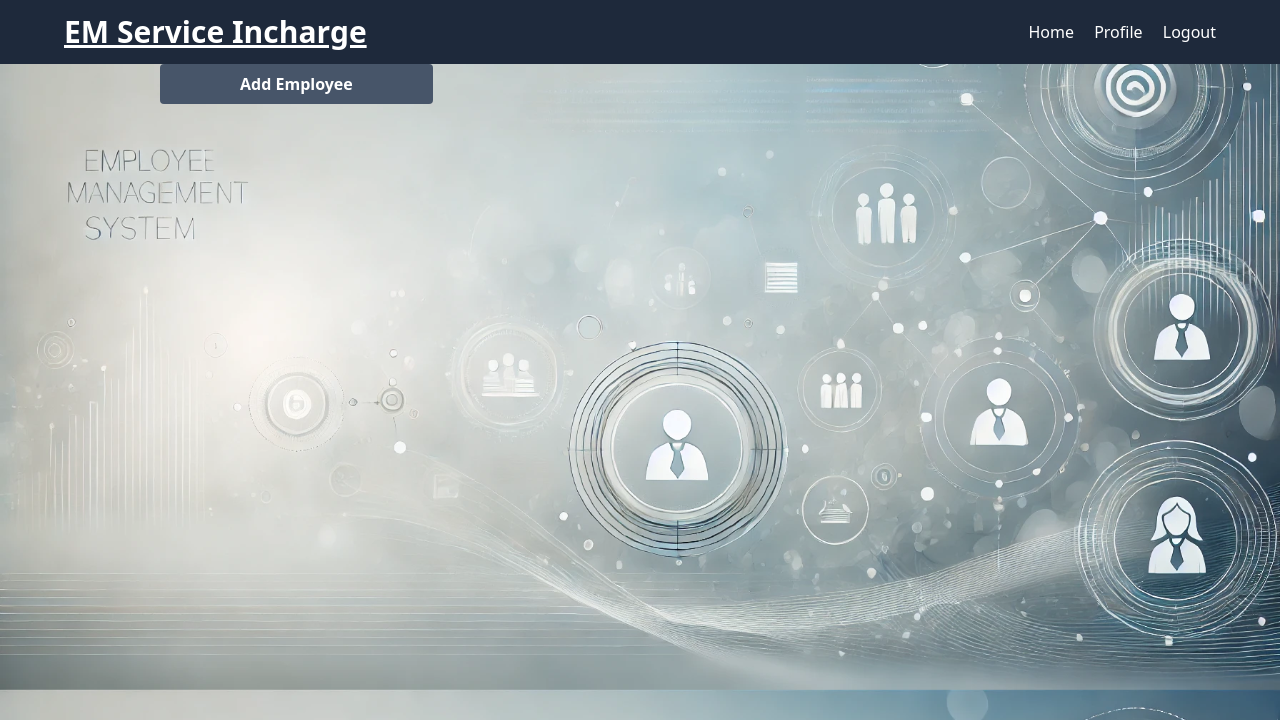
Repository: Vaibhav979/EmployeeManagement-Spring
Page: / (app in em-project-view/)
The author's editor kept a copy of each file at every save. The page is drawn from the files as they stood at one save, then again after the next save.
The browser window is 1280 px wide. The pictures show the whole page.
The project was rebuilt for these pictures with package versions that can differ from the ones it lists, and the page was loaded fresh each time. Also part of the build but not shown: em-project-view/vite.config.js.

Above is the page before, as saved 2025-01-02 22:42:20.

After the next save:
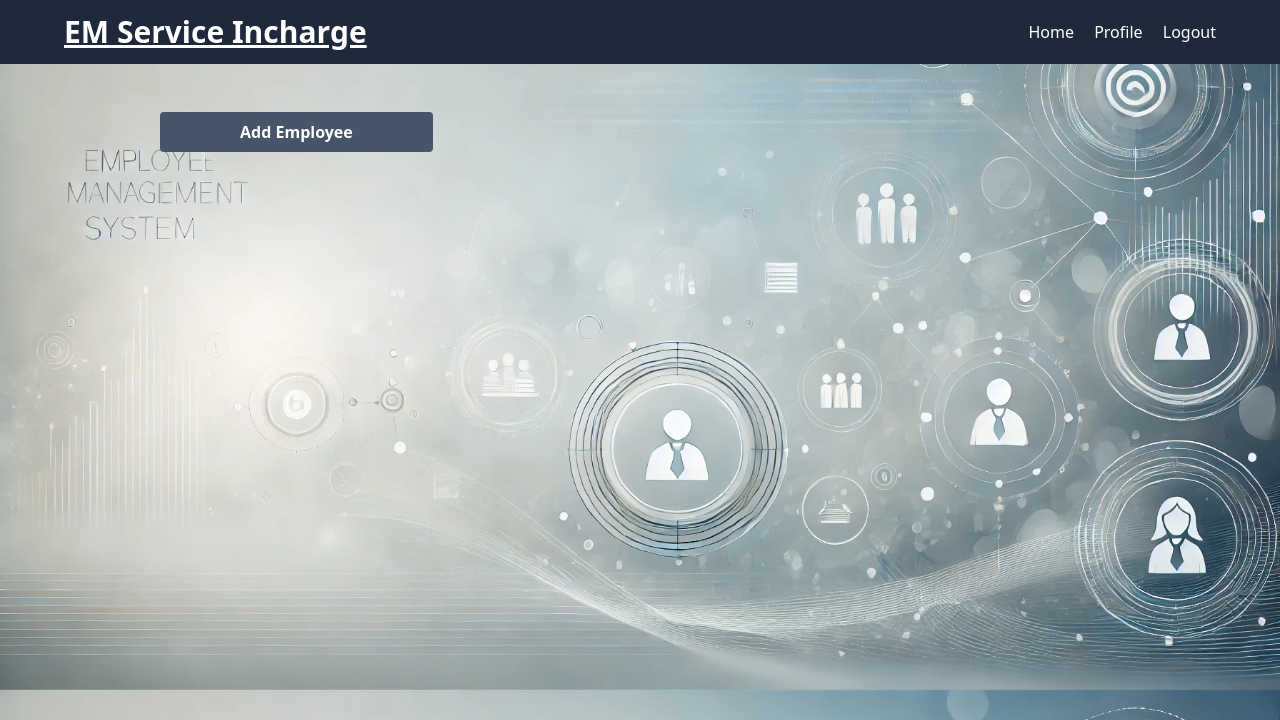
Saved 4 s later.
--- a/em-project-view/src/App.jsx
+++ b/em-project-view/src/App.jsx
@@ -23,7 +23,7 @@ function App() {
       </div>
 
       <div>
-        <button className="bg-slate-600 hover:bg-blue-700 mx-40 py-12 font-semibold px-20 py-2 rounded">
+        <button className="bg-slate-600 hover:bg-blue-700 mx-40 my-12 font-semibold px-20 py-2 rounded">
           Add Employee
         </button>
       </div>
